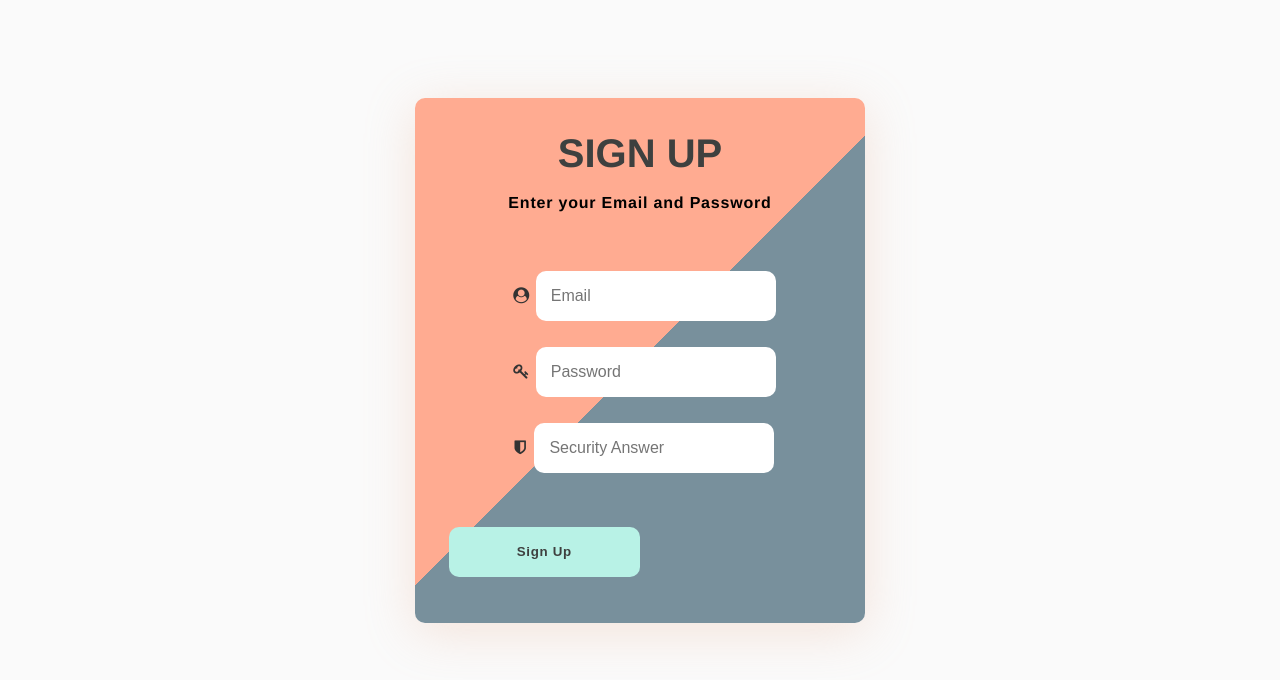
Repository: DhanushPrabha22/Zoho-Mini-Project
Page: http://localhost/ToDo_List/sign_up.jsp
An editor plug-in stored every save of this project. The page is shown before and after the next save, followed by the edit.
The browser window is 1280 px wide. The pictures show the whole page.
Some web libraries are served in a nearby version. The page is served by Tomcat 9. Other server files are loaded and not shown.

Above is the page before, as saved 2021-03-17 10:40:45.

### Todo Eclipse/ToDo_List/WebContent/sign_up.jsp
<!--

sign_up.jsp

java version "1.8.0_45"

Created By Dhanush L

-->

<%@taglib uri="http://struts.apache.org/tags-html" prefix="html"%>
<!DOCTYPE html>
<html>
<head>
	<title>To-Do</title>
	<link rel="icon" href="resources/appIcon.png">
	<link rel="stylesheet" type="text/css" href="styles/sign_in.css" />
	<link rel="stylesheet" href="https://cdnjs.cloudflare.com/ajax/libs/font-awesome/4.7.0/css/font-awesome.min.css">
	<script src="https://ajax.googleapis.com/ajax/libs/jquery/2.1.1/jquery.min.js"></script>
	<script src="scripts/sign_up.js"></script>
</head>
<body>
	<div class="main-div">
		<!--   con = Container  for items in the form-->
		<div class="con">
			<!--     Start  header Content  -->
			<header class="head-form">
				<h2>SIGN UP</h2>
				<!--     A welcome message or an explanation of the login form -->
				<br>
				<p><b>Enter your Email and Password</b></p>
			</header>
			<br>
			<div class="field-set">
				<html:form action="signingup" method="post">

					<!--user name -->
					<html:errors property="email_e"/><br>
					<span class="input-item"><i class="fa fa-user-circle"></i></span>
					<html:text styleClass="form-input" property="email" styleId="email"/><br>

					<!--Password -->
					<html:errors property="password_e"/><br>
					<span class="input-item"><i class="fa fa-key"></i></span>
					<html:password styleClass="form-input" property="password" styleId="pwd"/><br>

					<html:errors property="security_e"/><br>
					<div class="tooltip">
						<span class="input-item"><i class="fa fa-shield"></i></span>
						<span class="tooltiptext"><b>Enter the correct answer</b><br><br><b>1.</b> What is your favorite sport?<br><b>2.</b> What is your pet name?<br><b>3.</b> What is your favorite city?</span>
					</div>
					<html:text styleClass="form-input" property="security" styleId="sec"/>

					<div class="other">
						<br><br><br>
						<html:submit styleClass="sign-up submits button" value="Sign Up"/>
					</div>
				</html:form>
			</div>
		<!--   End Container  -->
		</div>
	<!-- End Form -->
	</div>
</body>
</html>

### Todo Eclipse/ToDo_List/WebContent/styles/sign_in.css

* {
    padding: 0;
    margin: 0;
    box-sizing: border-box;
}

body {
  font-family: Helvetica, san-serif;
  overflow-x: hidden;
  overflow-y: hidden;
  background-color: #fafafa;
}

.main-div{
	box-shadow: 0 9px 50px hsla(20, 67%, 75%, 0.31);
	position: absolute;
	margin: auto;
  	top: 0;
  	right: 0;
  	bottom: 0;
  	left: 0;
	width: 450px;
	background-image: linear-gradient(-225deg, #FFAB91 50%, #78909C 50%);
    height: 525px;
	text-align:center;
    border-radius: 10px;
    padding: 2%;
}

.field-set{
	margin-top: -25px;
}

/* the header form form */
header {
    margin: 2% auto 10% auto;
    text-align: center;
}
/* Login title form form */
header h2 {
    font-size: 250%;
    color: #3e403f;
}
/*  A welcome message or an explanation of the login form */
header p {letter-spacing: 0.05em;}


.input-item {
    background: transparent;
    color: #333;
    padding: 14.5px 0px 15px 9px;
    margin-right: 2px;
}

.tooltip {
  position: relative;
  display: inline-block;
  margin-right: 2px;
}

.tooltip .tooltiptext {
  visibility: hidden;
  width: 225px;
  background-color: #37474F;
  color: #fff;
  text-align: center;
  border-radius: 6px;
  padding: 5px 0;

  /* Position the tooltip */
  position: absolute;
  z-index: 1;
}

.tooltip:hover .tooltiptext {
  visibility: visible;
}


/* inputs form  */
.form-input{
    width: 240px;
    height: 50px;
    margin-top: 2%;
    padding: 15px;
    font-size: 16px;
    font-family: 'Abel', sans-serif;
    color: #5E6472;
    outline: none;
    border: none;
    border-radius: 10px;
    transition: 0.2s linear;

}

.form-input:focus {
    transform: translateX(-2px);
    border-radius: 5px;
}


.button {
    display: inline-block;
    color: #3e403f;
    width: 280px;
    height: 50px;
    padding: 0 20px;
    background: #fff;
    border-radius: 10px;
    outline: none;
    border: none;
    cursor: pointer;
    text-align: center;
    transition: all 0.2s linear;
    font-weight: bold;
    margin: 0 auto;
    letter-spacing: 0.05em;
}
/* Submits */
.submits {
    width: 48%;
    display: inline-block;
    float: left;
    margin-left: 2%;
}

/* Forgot Password button FAF3DD  */
.frgt-pass {background: transparent;}

/*     Sign Up button  */
.sign-up {background: #B8F2E6;}


/* buttons hover */
.button:hover {
    transform: translatey(3px);
    box-shadow: none;
}

/* buttons hover Animation */
.button:hover {
    animation: ani9 0.4s ease-in-out infinite alternate;
}
@keyframes ani9 {
    0% {
        transform: translateY(3px);
    }
    100% {
        transform: translateY(5px);
    }
}

### Todo Eclipse/ToDo_List/WebContent/scripts/sign_up.js
$(function() {
    $("#email").attr("placeholder", "Email");
    $("#pwd").attr("placeholder", "Password");
    $("#sec").attr("placeholder", "Security Answer");
});

After the next save:
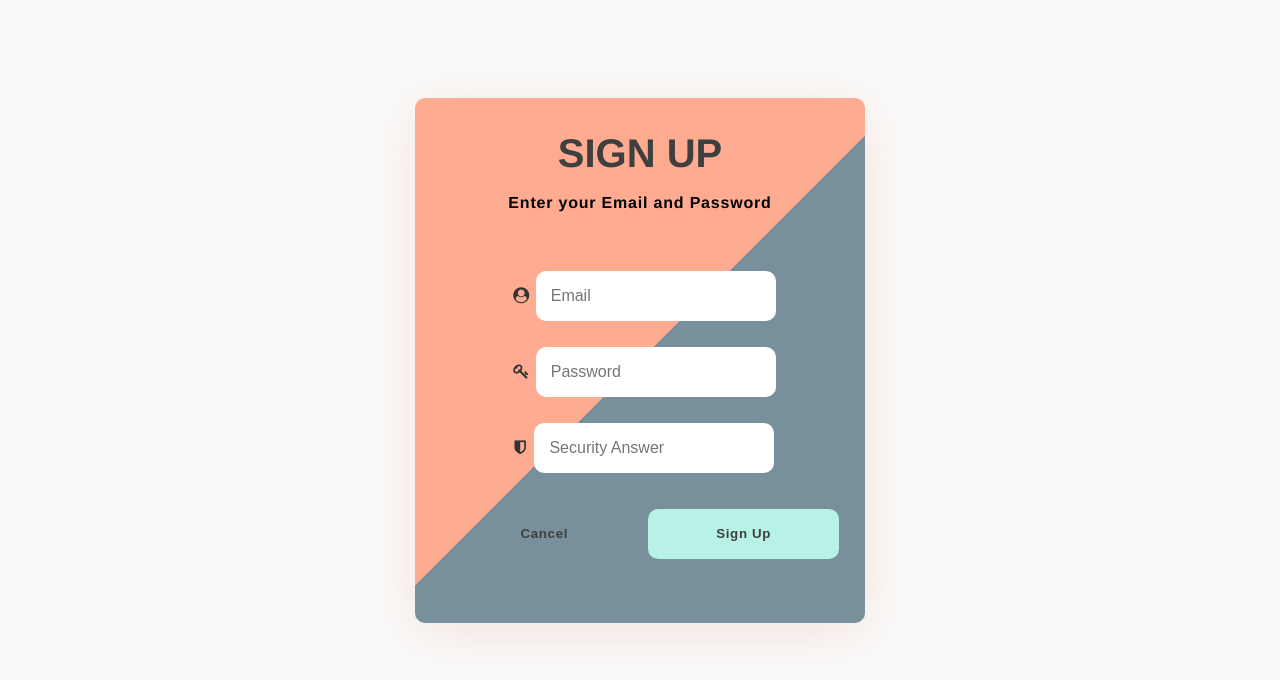
Saved 40 s later.
--- a/Todo Eclipse/ToDo_List/WebContent/sign_up.jsp
+++ b/Todo Eclipse/ToDo_List/WebContent/sign_up.jsp
@@ -51,8 +51,9 @@ Created By Dhanush L
 					</div>
 					<html:text styleClass="form-input" property="security" styleId="sec"/>
 
+					<br><br><br>
 					<div class="other">
-						<br><br><br>
+						<button class="button submits frgt-pass" onclick="cancel()">Cancel</button>
 						<html:submit styleClass="sign-up submits button" value="Sign Up"/>
 					</div>
 				</html:form>
